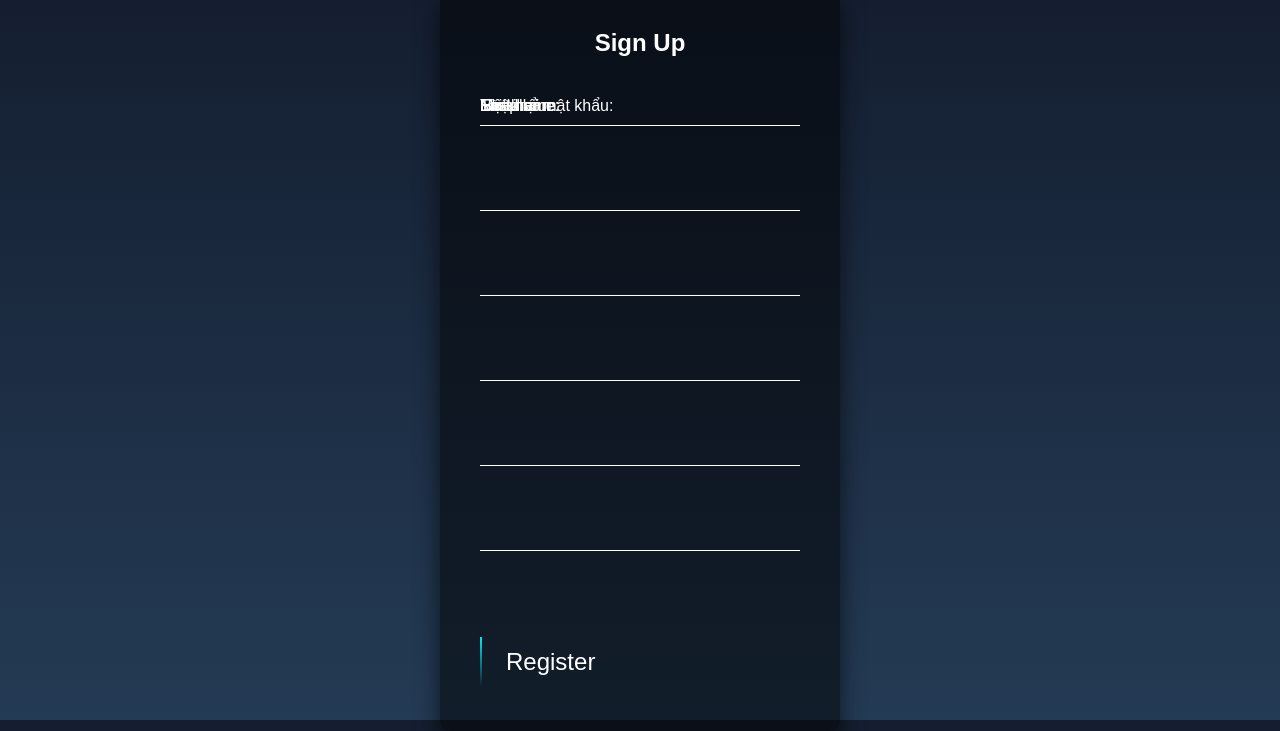
Repository: vanmai1912/CouresePJ
Page: http://localhost/register/
The author's editor kept a copy of each file at every save. The page is drawn from the files as they stood at one save, then again after the next save.
The browser window is 1280 px wide. The pictures show the whole page.
The page is served by the project's application, run on Django 4.2 (manage.py).

Above is the page before, as saved 2023-03-21 16:22:21.

After the next save:
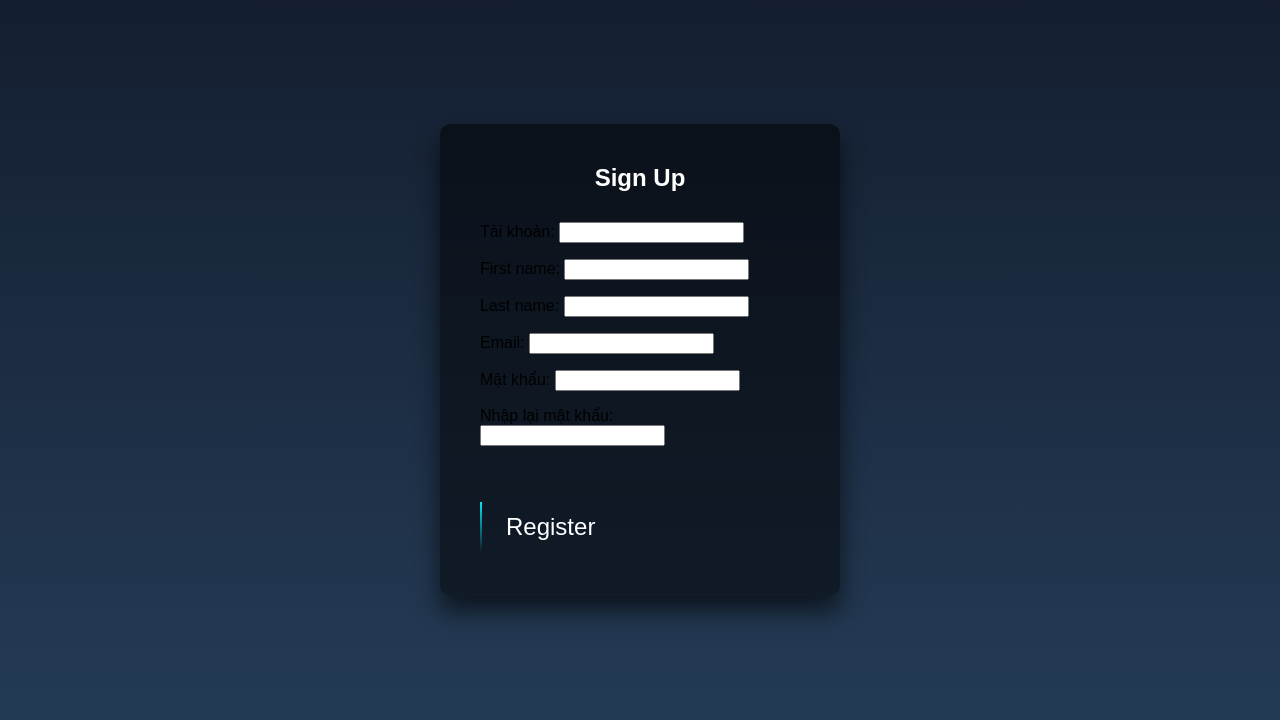
Saved 64 s later.
--- a/Courses/templates/polls/register.html
+++ b/Courses/templates/polls/register.html
@@ -11,13 +11,13 @@
 </head>
 <body>
     <div class="login-box">
-        <h2 class='form__title'>Sign Up</h2>
+        <h2 >Sign Up</h2>
     <form action="." method="POST">
 
         {% csrf_token %}
-        <div class="user-box">
+
              {{form.as_p}}
-          </div>
+
 
         <a href="#">
             <span></span>
